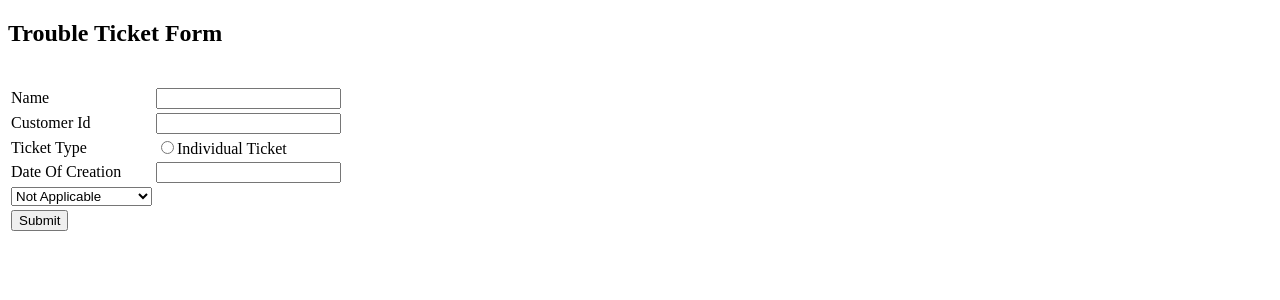
Repository: ApoorvaVeluri/JavaProject
Page: http://localhost/userinterface/Input.jsp
An editor plug-in stored every save of this project. The page is shown before and after the next save, followed by the edit.
The browser window is 1280 px wide. The pictures show the whole page.
The page is served by Tomcat 9.

Above is the page before, as saved 2015-08-20 10:56:49.

After the next save:
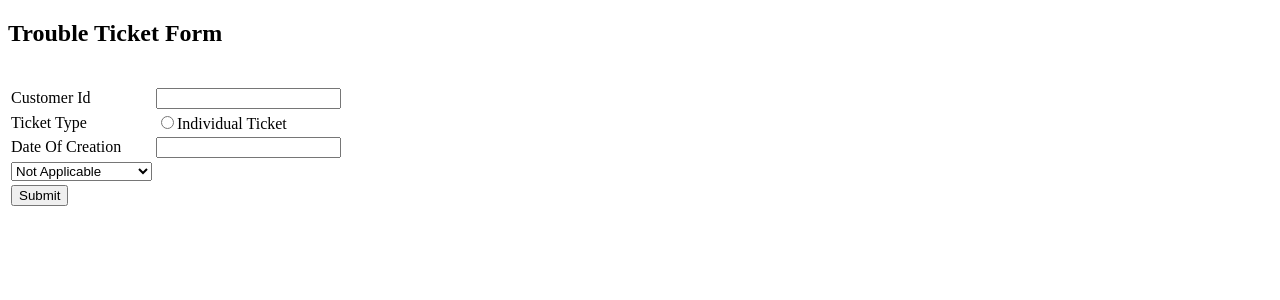
Saved 43 s later.
--- a/html/userinterface/WebContent/Input.jsp
+++ b/html/userinterface/WebContent/Input.jsp
@@ -11,19 +11,14 @@
 	<form method="POST" action="">
 		<table>
 			<div align="center">
-				<br>
-			</div>
-			<label>
-				<td>Name</td>
-			</label>
-			<label>
-			<td><input id="name" name="name" type="text" />
-			</label>
-			<br />
+
+
+
 			<tr>
-				<td>Customer Id</td>
+				<td>Customer Id</td><br>
 				<td><input type="text" name="customerid" /></td>
 			</tr>
+			</div>
 
 			<tr>
 				<td>Ticket Type</td>
